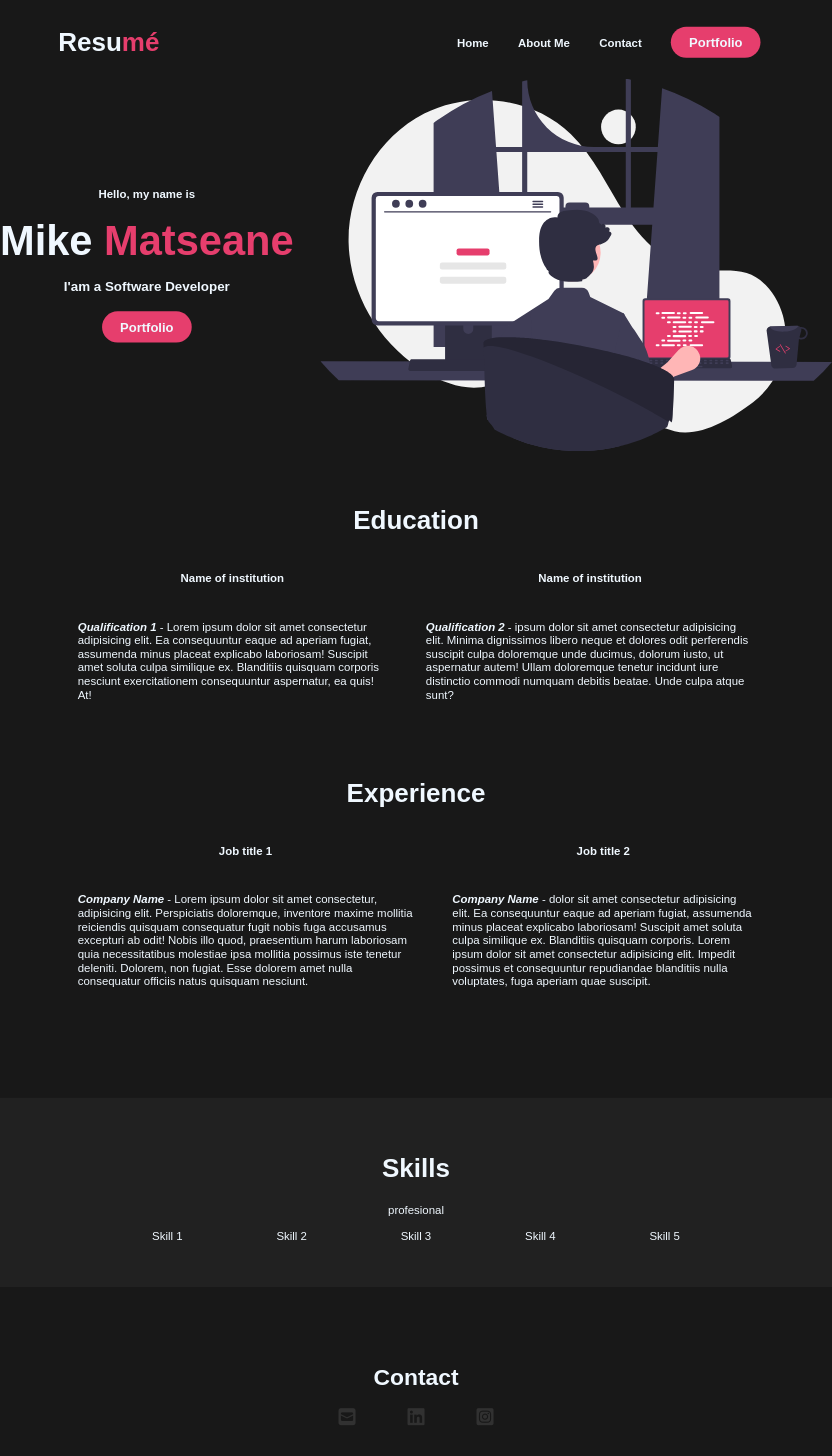
Repository: mikempho/Resume1
Page: resume1.html
The author's editor kept a copy of each file at every save. The page is drawn from the files as they stood at one save, then again after the next save.
The browser window is 1280 px wide. The pictures show the whole page, at 65% of full size.

Above is the page before, as saved 2022-04-05 12:47:04.

### resume1.html
<html lang="en">
<head>
    <meta charset="UTF-8">
    <meta http-equiv="X-UA-Compatible" content="IE=edge">
    <meta name="viewport" content="width=device-width, initial-scale=1.0">
    <link rel="stylesheet" href="/Assets/fontawesome/css/all.min.css">
    <link rel="stylesheet" href="./css/stylesheet.css">
    <title>Mike Matseane</title>
</head>
<body>

    <section>

        <div class="hero">
            <!-- Navigation Bar -->
            <nav class="navbar">
                <h2 class="resume-logo">Resu<span>mé</span></h2>
                <ul>
                    <li><a href="resume1.html">Home</a></li>
                    <li><a href="#education">About Me</a></li>
                    <li><a href="#contact-info">Contact</a></li>
                    <li><a href="#portfolio"><span class="call-to-action">Portfolio</span></a></li>
                </ul>
            </nav>

            <div class="hero-1">
                <div class="intro">
                    <!-- <img src="" alt="Profile-Img"> -->
                    <h4>Hello, my name is </h4>
                    <h1 class="name">Mike <span>Matseane</span></h1>
                    <h3>I'am a Software Developer</h3>
                    <a href="#portfolio"><span class="call-to-action">Portfolio</span></a>
                </div>
                <img src="/Assets/Img/undraw_programming_re_kg9v.svg" alt="">
            </div>

        </div>

        <main>
            <div class="first-main-section">
                <!-- Education Section -->

                <div id="education">
                    <h2>Education</h2>
                    <div class="content">
                        <div class="container">
                            <h4>Name of institution</h4>
                            <p><strong><em>Qualification 1</em></strong> - Lorem ipsum dolor sit amet consectetur adipisicing elit. Ea consequuntur eaque ad aperiam fugiat, assumenda minus placeat explicabo laboriosam! Suscipit amet soluta culpa similique ex. Blanditiis quisquam corporis nesciunt exercitationem consequuntur aspernatur, ea quis! At!</p>
                        </div>
                        <div class="container">
                            <h4>Name of institution</h4>
                            <p><strong><em>Qualification 2</em></strong> - ipsum dolor sit amet consectetur adipisicing elit. Minima dignissimos libero neque et dolores odit perferendis suscipit culpa doloremque unde ducimus, dolorum iusto, ut aspernatur autem! Ullam doloremque tenetur incidunt iure distinctio commodi numquam debitis beatae. Unde culpa atque sunt?</p>
                        </div>
                    </div>
                </div>

                <!-- Experience Section-->
                <div id="experience">
                    <h2>Experience</h2>
                    <div class="content">
                        <div class="container">
                            <h4>Job title 1</h4>
                            <p><strong><em>Company Name</em></strong> - Lorem ipsum dolor sit amet consectetur, adipisicing elit. Perspiciatis doloremque, inventore maxime mollitia reiciendis quisquam consequatur fugit nobis fuga accusamus excepturi ab odit! Nobis illo quod, praesentium harum laboriosam quia necessitatibus molestiae ipsa mollitia possimus iste tenetur deleniti. Dolorem, non fugiat. Esse dolorem amet nulla consequatur officiis natus quisquam nesciunt.</p>
                        </div>
                        <div class="container">
                            <h4>Job title 2</h4>
                            <p><strong><em>Company Name</em></strong> - dolor sit amet consectetur adipisicing elit. Ea consequuntur eaque ad aperiam fugiat, assumenda minus placeat explicabo laboriosam! Suscipit amet soluta culpa similique ex. Blanditiis quisquam corporis. Lorem ipsum dolor sit amet consectetur adipisicing elit. Impedit possimus et consequuntur repudiandae blanditiis nulla voluptates, fuga aperiam quae suscipit.</p>
                        </div>
                    </div>
                </div>
            </div>
            <div class="second-main-section" >
                <!-- Skills Section -->
                <div id="skills">
                    <h2>Skills</h2>
                    <div>
                        <p>profesional</p>
                        <ul>
                            <li>Skill 1</li>
                            <li>Skill 2</li>
                            <li>Skill 3</li>
                            <li>Skill 4</li>
                            <li>Skill 5</li>
                        </ul>
                    </div>
                </div>
                <!-- <div id="portfolio">
                    <h2>Portfolio</h2>
                    <div>

                    </div>
                </div> -->
            </div>

        </main>
    </section>


    <!-- Footer Section -->
    <footer>
        <div id="contact-info">
            <h1>Contact</h1>
            <ul>
                <!-- target(_blank) = New Tab -->

                <!-- Send Email -->
                <li><a href="mailto:mikempho03@gmail.com" target="_blank"><i class="fa-solid fa-square-envelope"></i></a></li>

                <!-- Linkedin (Socials) -->
                <li><a href="https://www.linkedin.com/feed/" target="_blank"><i class="fa-brands fa-linkedin"></i></a></li>

                <!-- Instagram -->
                <li><a href="https://www.instagram.com/mike_mx.sa/tagged/" target="_blank"><i class="fa-brands fa-instagram-square"></i></a></li>
            </ul>
        </div>

    </footer>
</body>
</html>

### css/stylesheet.css
body{
  font-family:Arial, Helvetica, sans-serif;
  font-size:110%;
  margin: 0;
  background-color: #181818;
  color: aliceblue;
}

h2 {
  font-size: 2.5rem;
}
/* Hero Section */

.hero {
  text-align: center;
}

span {
  color: E63E6D;
}

.resume-logo {
  font-size: 2.5rem;
  cursor: pointer;
}
.navbar {
  /* position: fixed; */
  display: flex;
  align-items: center;
  justify-content: space-between;
  padding-top: 10px;
  padding-left:7%;
  padding-right:7%;
  /* width: 100%; */
}

nav ul li{
  list-style: none;
  display: inline;
  padding: 0 20px;
  font-weight: 600;
  font-size:1.1rem;
}

nav ul li a {
  text-decoration: none;
  color: aliceblue;
}

.call-to-action {
  padding: 10px 25px;
  color: aliceblue;
  font-size: 20px;
  border: solid transparent;
  background-color:E63E6D;
  border-radius: 80px;
}

nav ul li a:hover {
  color: E63E6D;
  transition: 0.7s;
}

.call-to-action:hover {
  background-color: #181818;
  border-color: white;
  transition: 0.5s;
}

.intro {
  padding: 9rem 0;
}

.hero-1 {
  display: flex;
  justify-content: space-between;
}

.name {
  font-size: 4rem;
  margin: 0;
}

.intro a{
  text-decoration: none;
  font-weight: 600;
}

.intro h3 {
  margin-bottom: 40px;
}

/* Main Section  */

main {
  text-align: center;
}

/* Alt bg color #212121 */

/* First-main-section */
.first-main-section {
  padding: 4% 7%;
}

.content {
  display: flex;
}

.content p {
  text-align: left;
  padding: 30px;
}

#education, #experience {
  margin-bottom: 70px;
}

/* Second-main-section */
#skills {
  padding: 4% 7%;
  margin-bottom: 70px;
  background-color: #212121;
}
#skills ul li {
list-style: none;
padding: 0%;
}

#skills ul {
  padding: 0%;
  display: flex;
  justify-content: space-evenly;
}

/* Footer */

footer {
  text-align: center;
}

#contact-info {
  padding: 2% 7%;
}

#contact-info ul li {
  list-style: none;
  padding: 0px 10px;
}

#contact-info ul {
  display: flex;
  justify-content:center;
  padding: 0%;
}

#contact-info i {
  color: #313131 ;
  font-size: 30px;
  margin: 2px 30px;
}

Loaded but not shown: Assets/fontawesome/css/all.min.css (library)

After the next save:
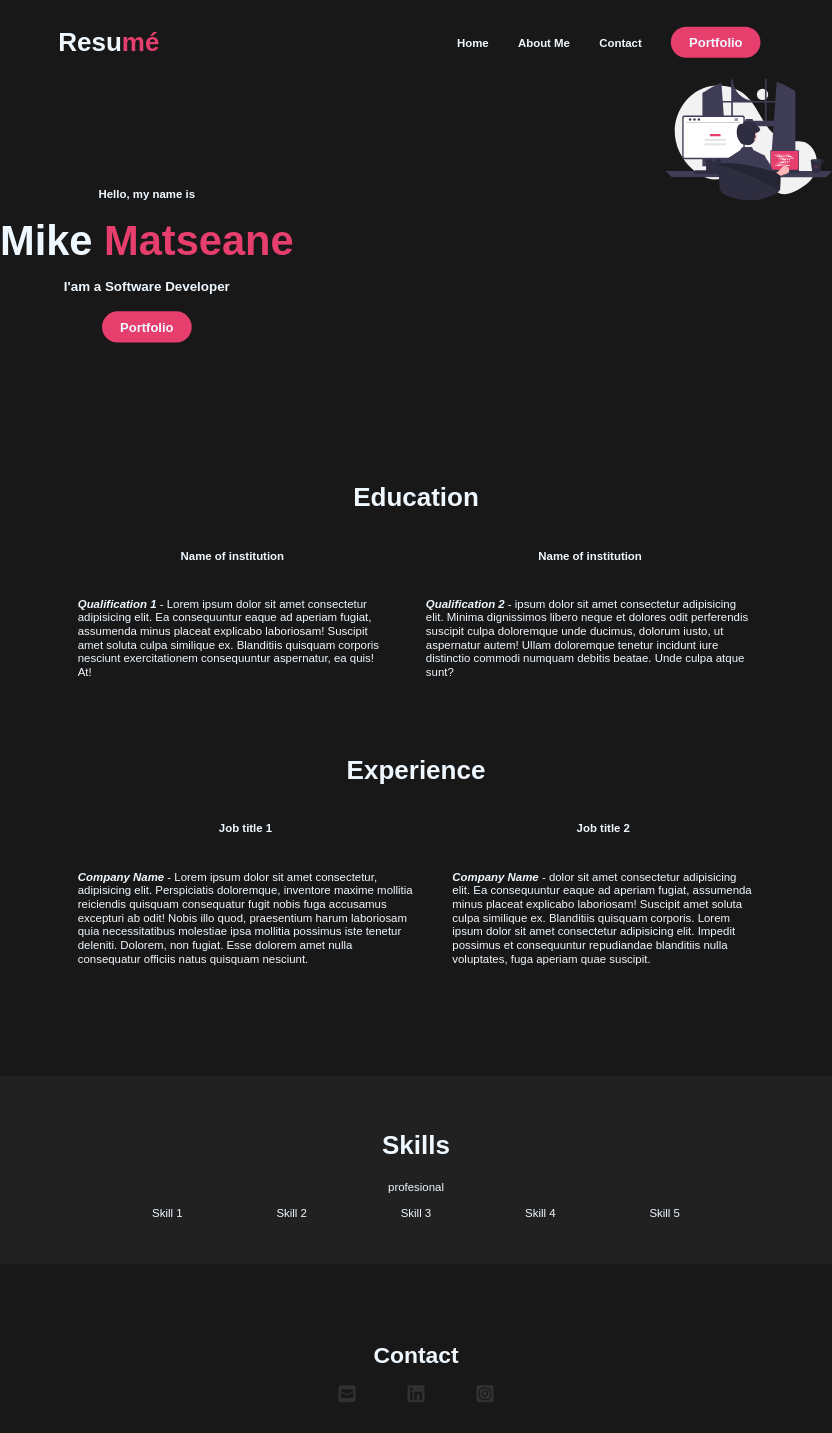
Saved 59 s later.
--- a/css/stylesheet.css
+++ b/css/stylesheet.css
@@ -74,6 +74,11 @@ nav ul li a:hover {
 .hero-1 {
   display: flex;
   justify-content: space-between;
+}
+
+.hero-1 img {
+  width: 20%;
+  height: 20%;
 }
 
 .name {
